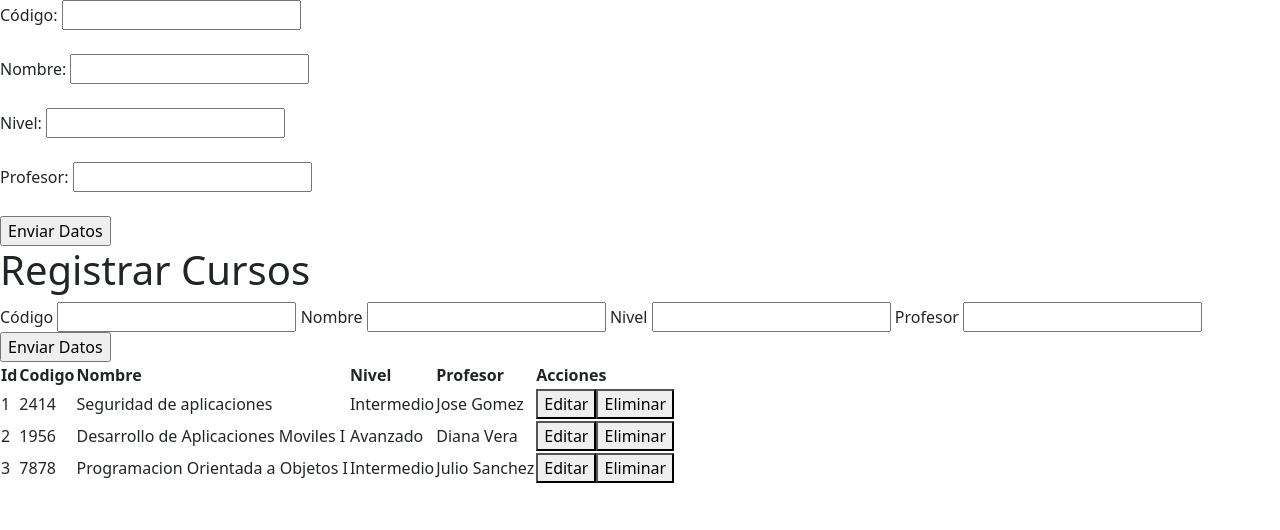
Repository: LuisCondori98/LP1-CIB
Page: http://localhost/Clase-01/demo.jsp
An editor plug-in stored every save of this project. The page is shown before and after the next save, followed by the edit.
The browser window is 1280 px wide. The pictures show the whole page.
The page is served by Tomcat 9.

Above is the page before, as saved 2025-01-11 14:32:26.

### Clase-01/src/main/webapp/demo.jsp
<%@ page language="java" contentType="text/html; charset=ISO-8859-1"
    pageEncoding="ISO-8859-1"%>
<!DOCTYPE html>
<html>
<head>
<meta charset="ISO-8859-1">
<link href="https://cdn.jsdelivr.net/npm/bootstrap@5.3.3/dist/css/bootstrap.min.css" rel="stylesheet" integrity="sha384-QWTKZyjpPEjISv5WaRU9OFeRpok6YctnYmDr5pNlyT2bRjXh0JMhjY6hW+ALEwIH" crossorigin="anonymous">
<title>Insert title here</title>
</head>
<body>
	<form action="RegistrarCursoServlet" method="post">

        <label for="codigo">Código:</label>

        <input type="text" id="codigo" name="codigo" required>

        <br><br>



        <label for="nombre">Nombre:</label>

        <input type="text" id="nombre" name="nombre" required>

        <br><br>



        <label for="nivel">Nivel:</label>

        <input type="text" id="nivel" name="nivel" required>

        <br><br>



        <label for="profesor">Profesor:</label>

        <input type="text" id="profesor" name="profesor" required>

        <br><br>



        <input type="submit" value="Enviar Datos">

    </form>

<h1>Registrar Cursos</h1>

    <form action="RegistrarCursoServlet" method="post">

        <label for="codigo">Código</label>

        <input type="text" id="codigo" name="codigo" required>



        <label for="nombre">Nombre</label>

        <input type="text" id="nombre" name="nombre" required>



        <label for="nivel">Nivel</label>

        <input type="text" id="nivel" name="nivel" required>



        <label for="profesor">Profesor</label>

        <input type="text" id="profesor" name="profesor" required>



        <input type="submit" value="Enviar Datos">

    </form>
	<table>
		<tr>
			<th>Id</th>
			<th>Codigo</th>
			<th>Nombre</th>
			<th>Nivel</th>
			<th>Profesor</th>
			<th>Acciones</th>
		</tr>
		<tr>
			<td>1</td>
			<td>2414</td>
			<td>Seguridad de aplicaciones</td>
			<td>Intermedio</td>
			<td>Jose Gomez</td>
			<td><button>Editar</button><button>Eliminar</button></td>
		</tr>
		<tr>
			<td>2</td>
			<td>1956</td>
			<td>Desarrollo de Aplicaciones Moviles I</td>
			<td>Avanzado</td>
			<td>Diana Vera</td>
			<td><button>Editar</button><button>Eliminar</button></td>
		</tr>
		<tr>
			<td>3</td>
			<td>7878</td>
			<td>Programacion Orientada a Objetos I</td>
			<td>Intermedio</td>
			<td>Julio Sanchez</td>
			<td><button>Editar</button><button>Eliminar</button></td>
		</tr>
	</table>
</body>
</html>

After the next save:
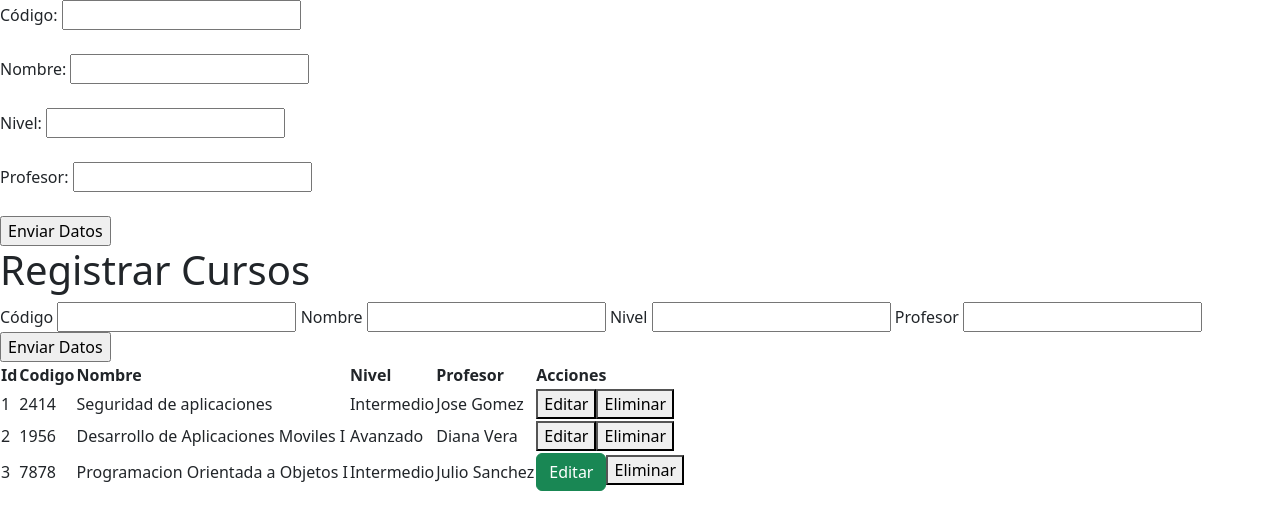
Saved 12 s later.
--- a/Clase-01/src/main/webapp/demo.jsp
+++ b/Clase-01/src/main/webapp/demo.jsp
@@ -108,7 +108,7 @@
 			<td>Programacion Orientada a Objetos I</td>
 			<td>Intermedio</td>
 			<td>Julio Sanchez</td>
-			<td><button>Editar</button><button>Eliminar</button></td>
+			<td><button class="btn btn-success">Editar</button><button>Eliminar</button></td>
 		</tr>
 	</table>
 </body>
